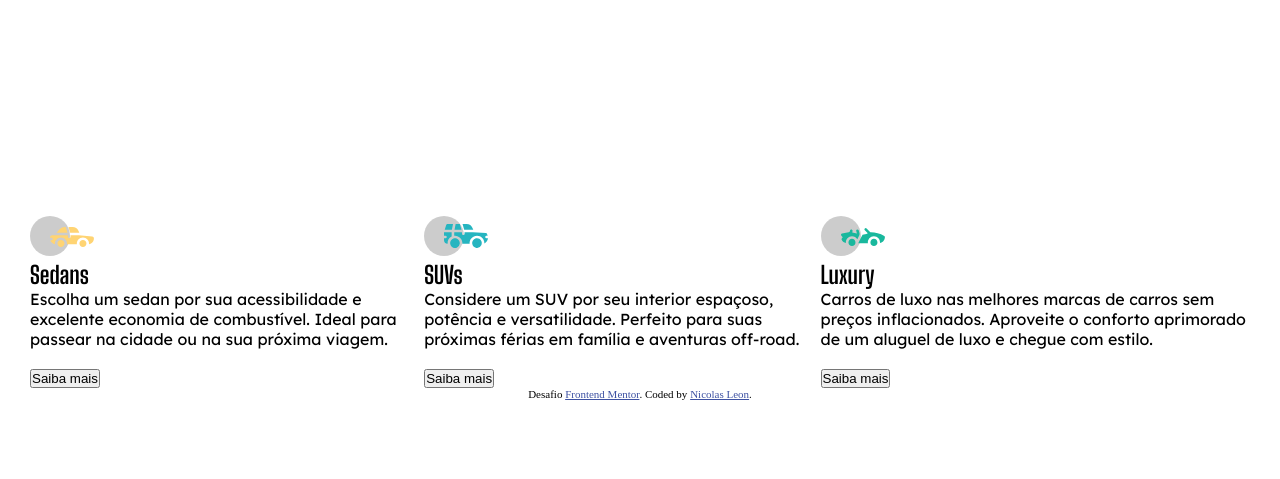
Repository: Leonngc/Car-cards
Page: index.html
An editor plug-in stored every save of this project. The page is shown before and after a run of saves, followed by the edit.
The browser window is 1280 px wide. The pictures show the whole page.

Above is the page before, as saved 2023-01-17 12:23:05.

After the next 2 saves:
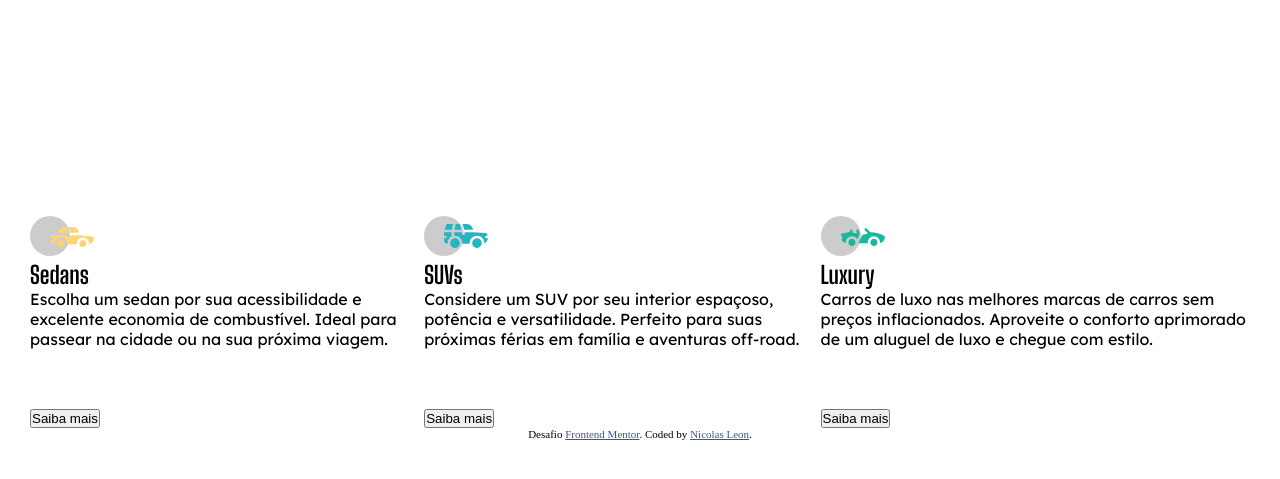
The 2 saves are shown as one change because they came seconds apart.
The last was saved 18 s later.
--- a/styles/style.css
+++ b/styles/style.css
@@ -27,7 +27,7 @@
 
 .card > p{
     font-family: var(--font-body);
-    margin-bottom: 20px;
+    margin-bottom: 60px;
 }
 .card > h2{
     font-family: var(--font-title);
